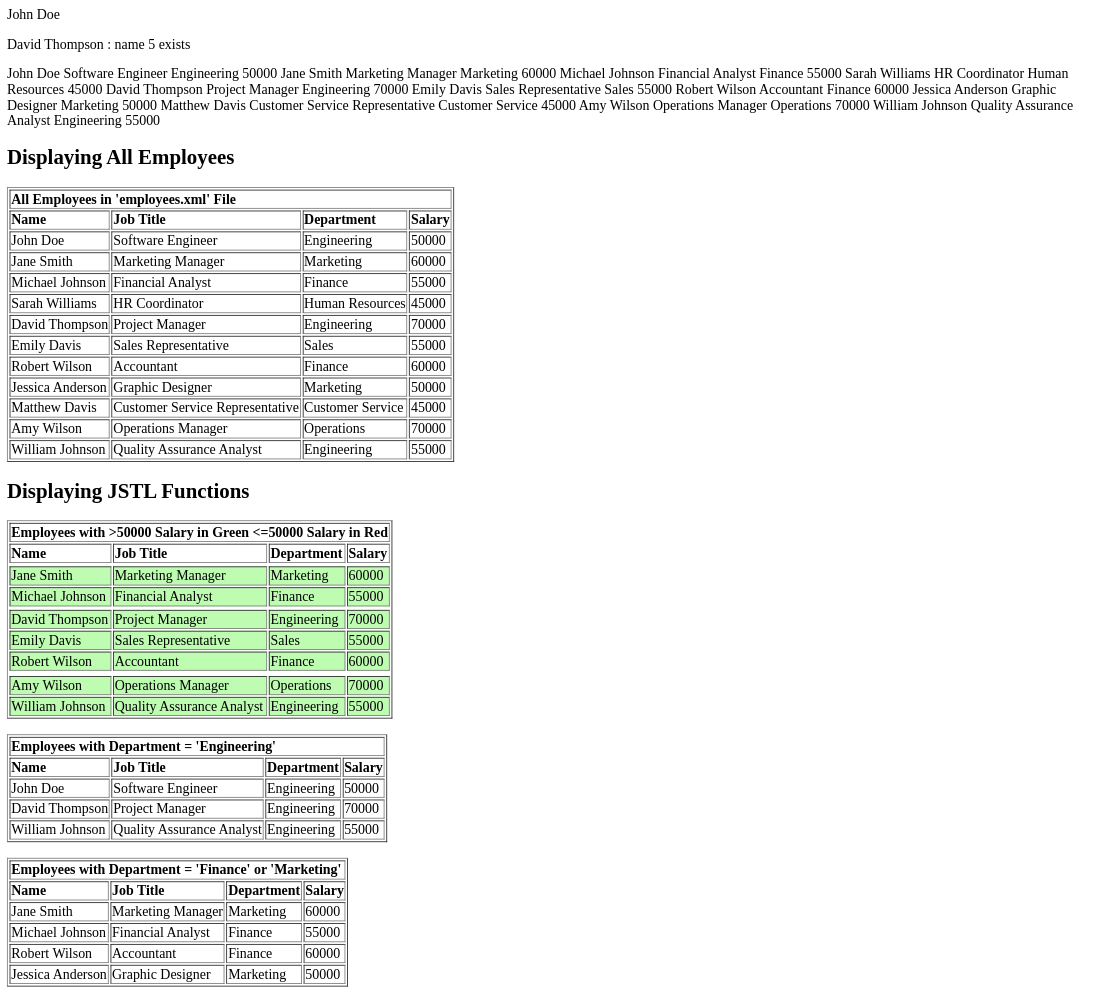
Repository: bkyncl/csd-430
Page: http://localhost/kyncl_mod9/
These files come from the project's save history. The page is drawn as it stood at one moment and after the next save; the edit follows.
The browser window is 1280 px wide. The pictures show the whole page, at 87% of full size.
The page is served by Tomcat 9.

Above is the page before, as saved 2023-07-05 05:33:16.

### kyncl_mod9/src/main/webapp/index.jsp
<%@ page language="java" contentType="text/html; charset=ISO-8859-1" pageEncoding="ISO-8859-1"%>
<%@taglib uri="http://java.sun.com/jsp/jstl/core" prefix="c"%>
<%@taglib uri="http://java.sun.com/jsp/jstl/xml" prefix="x"%>
<%@taglib uri="http://java.sun.com/jsp/jstl/fmt" prefix="fmt"%>
<html>
<head>
	<title>Parsing employees.xml</title>
	<style>th {text-align:left}</style>
</head>
<body>
	<c:import url="employees.xml" var="employeeData"/>
	<x:parse xml="${employeeData}" var="dom"/>


	<!-- Testing purposes -->
	<x:out select="$dom/employees/employee[1]/name" />
	<x:if select="$dom/employees/employee[5]/name" >
		<p><x:out select="$dom/employees/employee[5]/name" /> : name 5 exists</p>
	</x:if>

	<x:forEach var="employee" select="$dom/employees/employee">
		<x:out select="$employee/name"/>
		<x:out select="$employee/jobTitle"/>
		<x:out select="$employee/department"/>
		<x:out select="$employee/salary"/>
	</x:forEach>

	<x:choose>
		<x:when select="$dom/employees/employee[1]/salary>50000">
			salary = 50000
		</x:when>
	</x:choose>

	<!-- Testing purposes -->
	<h2>Displaying All Employees</h2>
	<table border="1">
		<tr>
			<th colspan="4">All Employees in 'employees.xml' File</th>
		</tr>
		<tr>
			 <th>Name</th>
			 <th>Job Title</th>
			 <th>Department</th>
			 <th>Salary</th>
		</tr>
		<x:forEach var="employee" select="$dom/employees/employee">
		<tr>
		  	<td><x:out select="$employee/name"/></td>
			<td><x:out select="$employee/jobTitle"/></td>
			<td><x:out select="$employee/department"/></td>
			<td><x:out select="$employee/salary"/></td>

		</x:forEach>
	</table>


	<h2>Displaying JSTL Functions</h2>
	<table border="1">
	    <tr>
	        <th colspan="4">Employees with >50000 Salary in Green <=50000 Salary in Red</th>
	    </tr>
	    <tr>
	        <th>Name</th>
	        <th>Job Title</th>
	        <th>Department</th>
	        <th>Salary</th>
	    </tr>
	    <x:forEach var="employee" select="$dom/employees/employee">
	        <tr>
	            <x:choose>
	                <x:when select="$employee/salary>50000">
	                	<td style="background-color: #BDFCB1;"><x:out select="$employee/name"/></td>
			            <td style="background-color: #BDFCB1;"><x:out select="$employee/jobTitle"/></td>
			            <td style="background-color: #BDFCB1;"><x:out select="$employee/department"/></td>
			            <td style="background-color: #BDFCB1;"><x:out select="$employee/salary"/></td>
	                </x:when>
	                <x:when select="$employee/salary<=50000">
	                    <x:set var="rowColor" select="'#FFC0C0'" />
	                </x:when>
	                <x:otherwise>
	                    <x:set var="rowColor" select="'transparent'" />
	                </x:otherwise>
	            </x:choose>
	        </tr>
	    </x:forEach>
	</table>
    <br>
    <table border="1">
	    <tr>
	        <th colspan="4">Employees with Department = 'Engineering'</th>
	    </tr>
	    <tr>
	        <th>Name</th>
	        <th>Job Title</th>
	        <th>Department</th>
	        <th>Salary</th>
	    </tr>
	    <x:forEach var="employee" select="$dom/employees/employee">
	        <x:choose>
	            <x:when select="$employee/department='Engineering'">
	                <tr>
	                    <td><x:out select="$employee/name"/></td>
	                    <td><x:out select="$employee/jobTitle"/></td>
	                    <td><x:out select="$employee/department"/></td>
	                    <td><x:out select="$employee/salary"/></td>
	                </tr>
	            </x:when>
	        </x:choose>
	    </x:forEach>
	</table>
	<br>
	<table border="1">
	    <tr>
	        <th colspan="4">Employees with Department = 'Finance' or 'Marketing'</th>
	    </tr>
	    <tr>
	        <th>Name</th>
	        <th>Job Title</th>
	        <th>Department</th>
	        <th>Salary</th>
	    </tr>
	    <x:forEach var="employee" select="$dom/employees/employee">
	        <x:choose>
	            <x:when select="$employee/department='Finance' or $employee/department='Marketing'">
	                <tr>
	                    <td><x:out select="$employee/name"/></td>
	                    <td><x:out select="$employee/jobTitle"/></td>
	                    <td><x:out select="$employee/department"/></td>
	                    <td><x:out select="$employee/salary"/></td>
	                </tr>
	            </x:when>
	        </x:choose>
	    </x:forEach>
	</table>

</body>
</html>

### kyncl_mod9/src/main/webapp/employees.xml
<?xml version="1.0" encoding="UTF-8"?>
<employees>
  <employee>
    <name>John Doe</name>
    <jobTitle>Software Engineer</jobTitle>
    <department>Engineering</department>
    <salary>50000</salary>
  </employee>
  <employee>
    <name>Jane Smith</name>
    <jobTitle>Marketing Manager</jobTitle>
    <department>Marketing</department>
    <salary>60000</salary>
  </employee>
  <employee>
    <name>Michael Johnson</name>
    <jobTitle>Financial Analyst</jobTitle>
    <department>Finance</department>
    <salary>55000</salary>
  </employee>
  <employee>
    <name>Sarah Williams</name>
    <jobTitle>HR Coordinator</jobTitle>
    <department>Human Resources</department>
    <salary>45000</salary>
  </employee>
  <employee>
    <name>David Thompson</name>
    <jobTitle>Project Manager</jobTitle>
    <department>Engineering</department>
    <salary>70000</salary>
  </employee>
  <employee>
    <name>Emily Davis</name>
    <jobTitle>Sales Representative</jobTitle>
    <department>Sales</department>
    <salary>55000</salary>
  </employee>
  <employee>
    <name>Robert Wilson</name>
    <jobTitle>Accountant</jobTitle>
    <department>Finance</department>
    <salary>60000</salary>
  </employee>
  <employee>
    <name>Jessica Anderson</name>
    <jobTitle>Graphic Designer</jobTitle>
    <department>Marketing</department>
    <salary>50000</salary>
  </employee>
  <employee>
    <name>Matthew Davis</name>
    <jobTitle>Customer Service Representative</jobTitle>
    <department>Customer Service</department>
    <salary>45000</salary>
  </employee>
  <employee>
    <name>Amy Wilson</name>
    <jobTitle>Operations Manager</jobTitle>
    <department>Operations</department>
    <salary>70000</salary>
  </employee>
  <employee>
    <name>William Johnson</name>
    <jobTitle>Quality Assurance Analyst</jobTitle>
    <department>Engineering</department>
    <salary>55000</salary>
  </employee>
</employees>

After the next save:
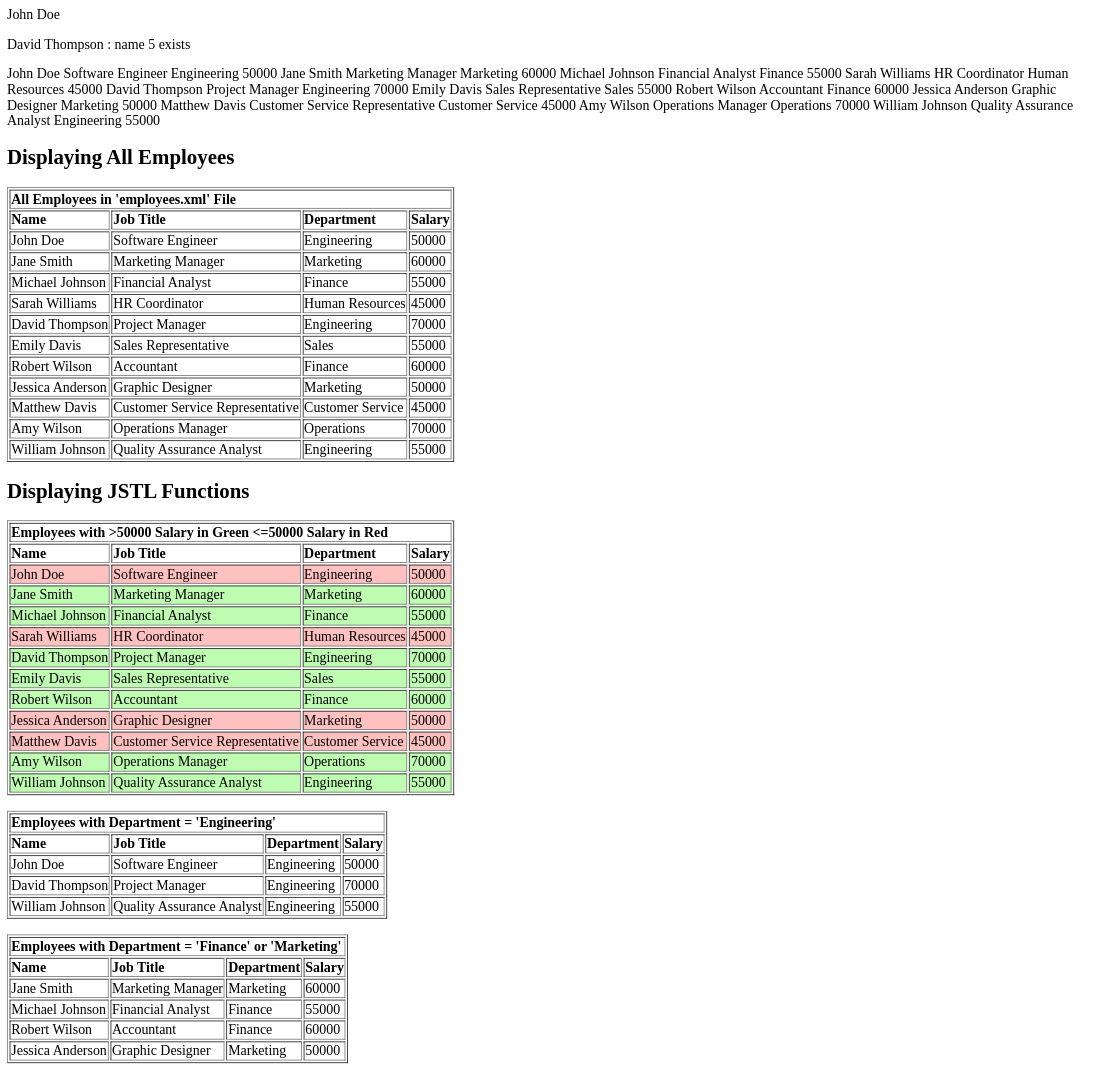
Saved 71 s later.
--- a/kyncl_mod9/src/main/webapp/index.jsp
+++ b/kyncl_mod9/src/main/webapp/index.jsp
@@ -75,7 +75,10 @@
 			            <td style="background-color: #BDFCB1;"><x:out select="$employee/salary"/></td>
 	                </x:when>
 	                <x:when select="$employee/salary<=50000">
-	                    <x:set var="rowColor" select="'#FFC0C0'" />
+	                	<td style="background-color: #FFC0C0;"><x:out select="$employee/name"/></td>
+			            <td style="background-color: #FFC0C0;"><x:out select="$employee/jobTitle"/></td>
+			            <td style="background-color: #FFC0C0;"><x:out select="$employee/department"/></td>
+			            <td style="background-color: #FFC0C0;"><x:out select="$employee/salary"/></td>
 	                </x:when>
 	                <x:otherwise>
 	                    <x:set var="rowColor" select="'transparent'" />
